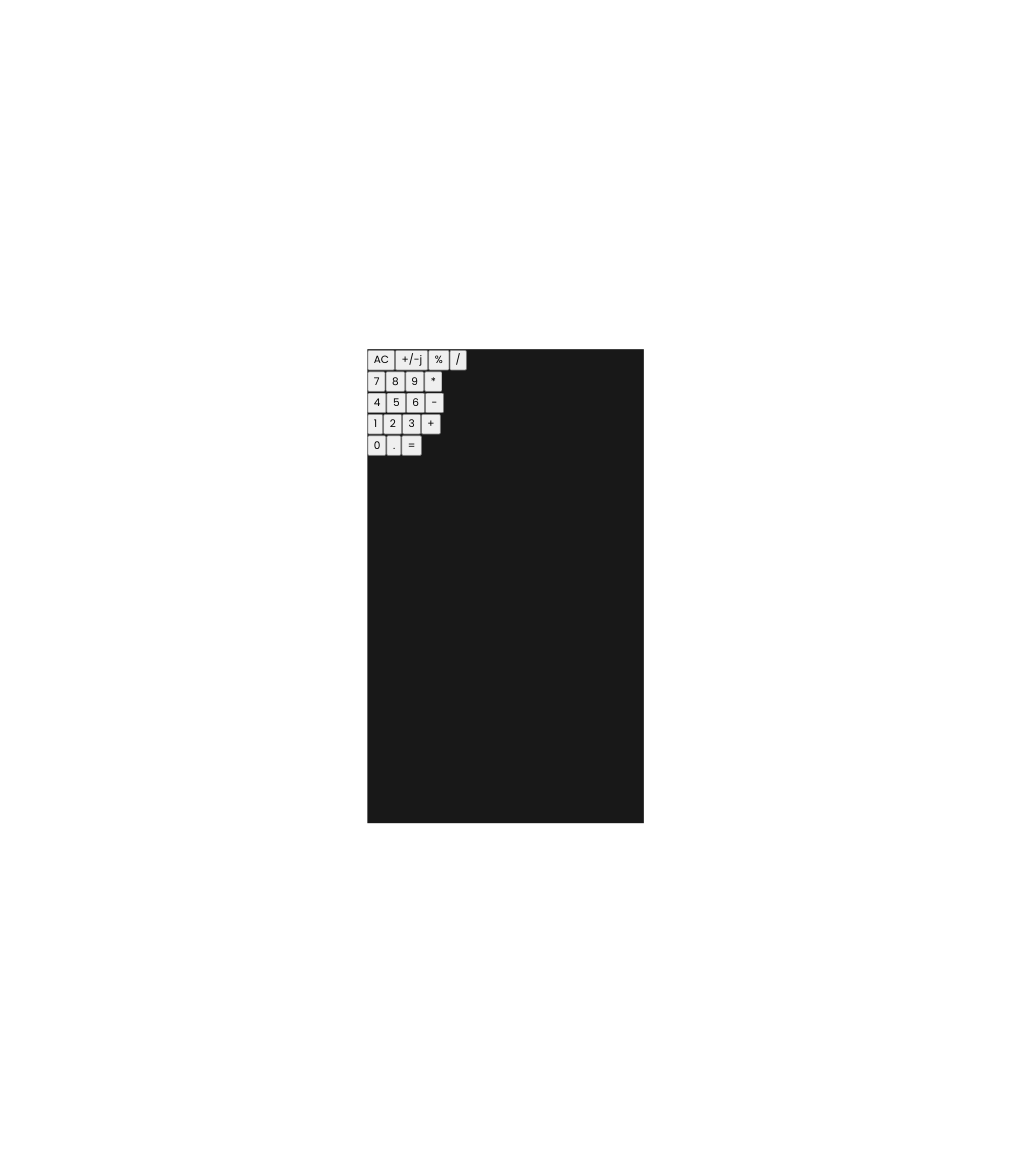
Repository: minhtien9/Calculator
Page: /
The author's editor kept a copy of each file at every save. The page is drawn from the files as they stood at one save, then again after the next save.
The browser window is 1280 px wide. The pictures show the whole page, at 79% of full size.
The project was rebuilt for these pictures with package versions that can differ from the ones it lists, and the page was loaded fresh each time. Also part of the build but not shown: src/App.css.

Above is the page before, as saved 2022-07-21 18:28:36.

After the next save:
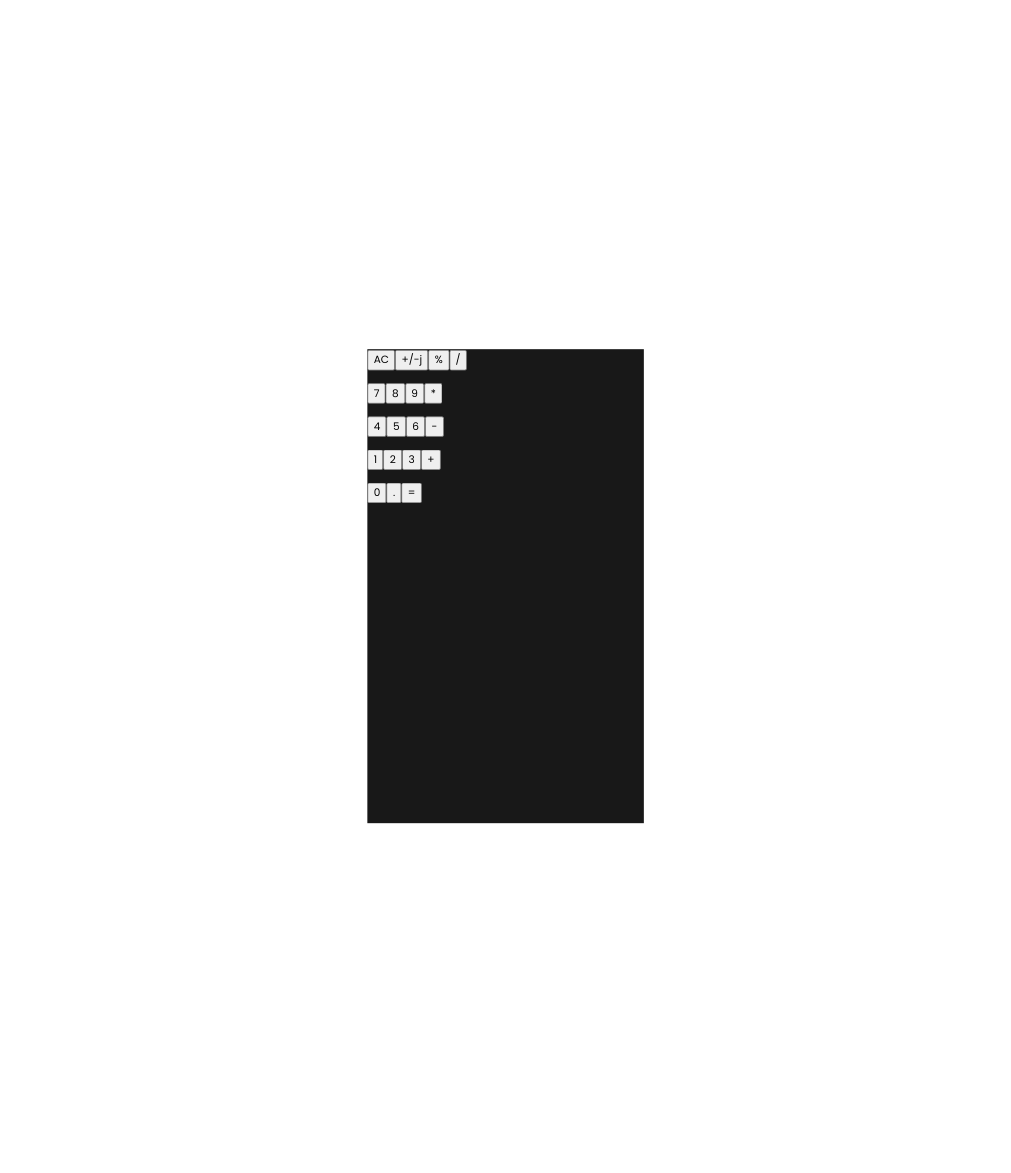
Saved 5 s later.
--- a/src/Components/Caculator.scss
+++ b/src/Components/Caculator.scss
@@ -14,4 +14,5 @@
 .keyboard {
     display: flex;
     flex-direction: column;
+    gap: 15px;
 }

After the save that followed:
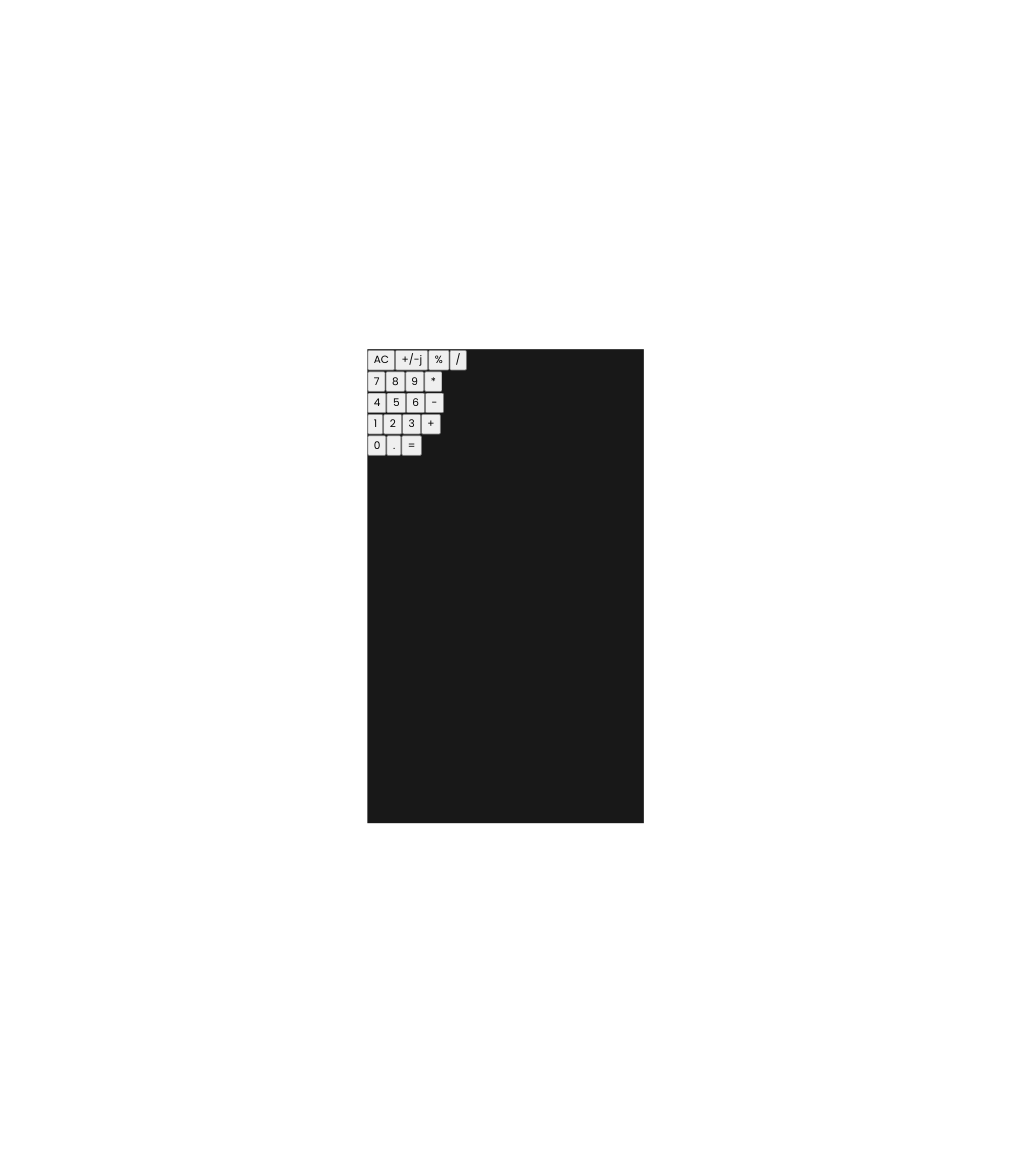
Saved 9 s later.
--- a/src/Components/Caculator.scss
+++ b/src/Components/Caculator.scss
@@ -11,8 +11,8 @@
     background-color: rgb(24, 24, 24);
 }
 
-.keyboard {
-    display: flex;
-    flex-direction: column;
-    gap: 15px;
-}
+// .keyboard {
+//     display: flex;
+//     flex-direction: column;
+//     gap: 15px;
+// }
